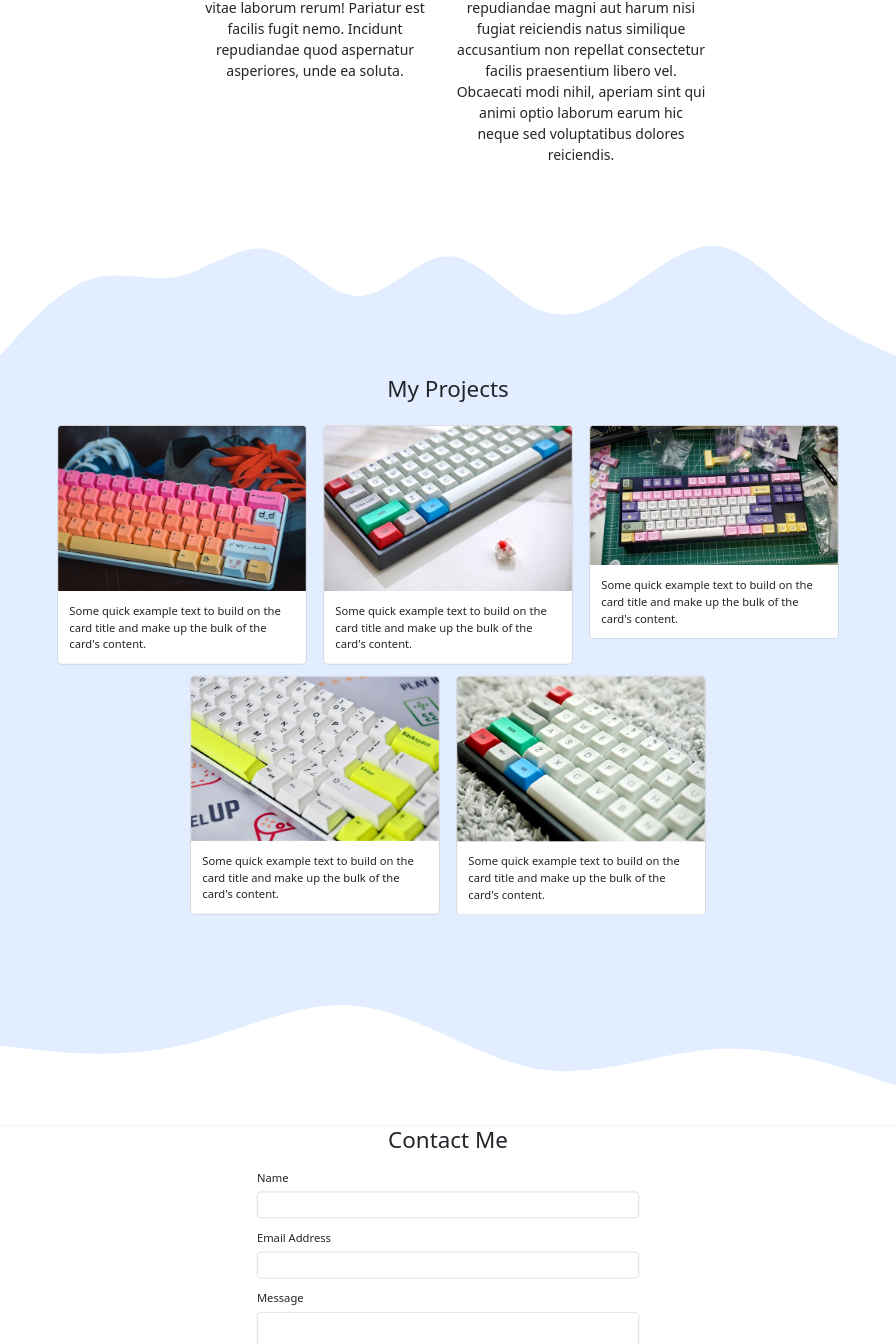
Repository: fadlyyy/fadli-dev.github.io
Page: index.html
An editor plug-in stored every save of this project. The page is shown before and after the next save, followed by the edit.
The browser window is 1280 px wide. The pictures show the part of the page from y = 945 to 2865 px (the page is 3332 px tall), at 70% of full size.

Above is the page before, as saved 2024-01-19 18:17:08.

### index.html
<!DOCTYPE html>
<html lang="en">
  <head>
    <meta charset="utf-8" />
    <meta name="viewport" content="width=device-width, initial-scale=1" />
    <title>Bootstrap demo</title>
    <link href="https://cdn.jsdelivr.net/npm/bootstrap@5.2.3/dist/css/bootstrap.min.css" rel="stylesheet" integrity="sha384-rbsA2VBKQhggwzxH7pPCaAqO46MgnOM80zW1RWuH61DGLwZJEdK2Kadq2F9CUG65" crossorigin="anonymous" />

    <!-- Bootstrap Icons -->
    <link rel="stylesheet" href="https://cdn.jsdelivr.net/npm/bootstrap-icons@1.11.3/font/bootstrap-icons.min.css" />

    <!-- My styles css -->
    <link rel="stylesheet" href="style.css" />
  </head>
  <body>
    <!-- Navbar -->
    <nav class="navbar navbar-expand-lg navbar-dark bg-primary shadow fixed-top">
      <div class="container">
        <a class="navbar-brand fs-3" href="#">Fadli Rifai</a>
        <button class="navbar-toggler" type="button" data-bs-toggle="collapse" data-bs-target="#navbarNav" aria-controls="navbarNav" aria-expanded="false" aria-label="Toggle navigation">
          <span class="navbar-toggler-icon"></span>
        </button>
        <div class="collapse navbar-collapse" id="navbarNav">
          <ul class="navbar-nav ms-auto">
            <li class="nav-item">
              <a class="nav-link active" aria-current="page" href="#">Home</a>
            </li>
            <li class="nav-item">
              <a class="nav-link" href="#">About</a>
            </li>
            <li class="nav-item">
              <a class="nav-link" href="#">Projects</a>
            </li>
            <li class="nav-item">
              <a class="nav-link" href="#">Contact</a>
            </li>
          </ul>
        </div>
      </div>
    </nav>
    <!-- Navbar End -->

    <!-- Jumbotron -->
    <section class="jumbotron text-center">
      <img class="rounded-circle img-thumbnail" src="img/images.jpeg" alt="" width="250" />
      <h1 class="display-4">Fadli Rifai</h1>
      <p class="lead">Fullstack Developer</p>
      <svg xmlns="http://www.w3.org/2000/svg" viewBox="0 0 1440 320">
        <path
          fill="#ffffff"
          fill-opacity="1"
          d="M0,160L24,176C48,192,96,224,144,245.3C192,267,240,277,288,261.3C336,245,384,203,432,181.3C480,160,528,160,576,170.7C624,181,672,203,720,213.3C768,224,816,224,864,218.7C912,213,960,203,1008,213.3C1056,224,1104,256,1152,261.3C1200,267,1248,245,1296,229.3C1344,213,1392,203,1416,197.3L1440,192L1440,320L1416,320C1392,320,1344,320,1296,320C1248,320,1200,320,1152,320C1104,320,1056,320,1008,320C960,320,912,320,864,320C816,320,768,320,720,320C672,320,624,320,576,320C528,320,480,320,432,320C384,320,336,320,288,320C240,320,192,320,144,320C96,320,48,320,24,320L0,320Z"
        ></path>
      </svg>
    </section>
    <!-- Jumbotron End -->

    <!-- About -->
    <section id="about">
      <div class="container">
        <div class="row text-center mb-4">
          <div class="col">
            <h2>About Me</h2>
          </div>
        </div>
        <div class="row justify-content-center fs-5 text-center">
          <div class="col-md-4">
            <p class="">
              Lorem, ipsum dolor sit amet consectetur adipisicing elit. Aliquid, et perspiciatis. Vero veritatis temporibus ipsa, tenetur natus dolores atque vitae laborum rerum! Pariatur est facilis fugit nemo. Incidunt repudiandae quod
              aspernatur asperiores, unde ea soluta.
            </p>
          </div>
          <div class="col-md-4">
            <p>
              Lorem ipsum dolor sit amet consectetur adipisicing elit. Perferendis rem quaerat, commodi laudantium quam sequi eos delectus, repudiandae magni aut harum nisi fugiat reiciendis natus similique accusantium non repellat
              consectetur facilis praesentium libero vel. Obcaecati modi nihil, aperiam sint qui animi optio laborum earum hic neque sed voluptatibus dolores reiciendis.
            </p>
          </div>
        </div>
      </div>
      <svg xmlns="http://www.w3.org/2000/svg" viewBox="0 0 1440 320">
        <path
          fill="#e2edff"
          fill-opacity="1"
          d="M0,288L24,261.3C48,235,96,181,144,165.3C192,149,240,171,288,160C336,149,384,107,432,117.3C480,128,528,192,576,192C624,192,672,128,720,128C768,128,816,192,864,213.3C912,235,960,213,1008,181.3C1056,149,1104,107,1152,112C1200,117,1248,171,1296,208C1344,245,1392,267,1416,277.3L1440,288L1440,320L1416,320C1392,320,1344,320,1296,320C1248,320,1200,320,1152,320C1104,320,1056,320,1008,320C960,320,912,320,864,320C816,320,768,320,720,320C672,320,624,320,576,320C528,320,480,320,432,320C384,320,336,320,288,320C240,320,192,320,144,320C96,320,48,320,24,320L0,320Z"
        ></path>
      </svg>
    </section>
    <!-- About End -->

    <!-- Section Projects -->
    <section id="projects">
      <div class="container">
        <div class="row mb-4">
          <div class="col text-center">
            <h2>My Projects</h2>
          </div>
        </div>
        <div class="row justify-content-center">
          <div class="col-md-4 mb-3 child">
            <div class="card">
              <img src="img/projects/Projects1.jpg" class="card-img-top" alt="..." />
              <div class="card-body">
                <p class="card-text">Some quick example text to build on the card title and make up the bulk of the card's content.</p>
              </div>
            </div>
          </div>
          <div class="col-md-4 mb-3 child">
            <div class="card">
              <img src="img/projects/Projects2.jpg" class="card-img-top" alt="..." />
              <div class="card-body">
                <p class="card-text">Some quick example text to build on the card title and make up the bulk of the card's content.</p>
              </div>
            </div>
          </div>
          <div class="col-md-4 mb-3 child">
            <div class="card">
              <img src="img/projects/Projects3.jpg" class="card-img-top" alt="..." />
              <div class="card-body">
                <p class="card-text">Some quick example text to build on the card title and make up the bulk of the card's content.</p>
              </div>
            </div>
          </div>
          <div class="col-md-4 mb-3 child">
            <div class="card">
              <img src="img/projects/Projects4.jpg" class="card-img-top" alt="..." />
              <div class="card-body">
                <p class="card-text">Some quick example text to build on the card title and make up the bulk of the card's content.</p>
              </div>
            </div>
          </div>
          <div class="col-md-4 mb-3 child">
            <div class="card">
              <img src="img/projects/Projects5.jpg" class="card-img-top" alt="..." />
              <div class="card-body">
                <p class="card-text">Some quick example text to build on the card title and make up the bulk of the card's content.</p>
              </div>
            </div>
          </div>
        </div>
      </div>
      <svg xmlns="http://www.w3.org/2000/svg" viewBox="0 0 1440 320">
        <path
          fill="#fff"
          fill-opacity="1"
          d="M0,192L48,197.3C96,203,192,213,288,192C384,171,480,117,576,128C672,139,768,213,864,229.3C960,245,1056,203,1152,197.3C1248,192,1344,224,1392,240L1440,256L1440,320L1392,320C1344,320,1248,320,1152,320C1056,320,960,320,864,320C768,320,672,320,576,320C480,320,384,320,288,320C192,320,96,320,48,320L0,320Z"
        ></path>
      </svg>
    </section>
    <!-- End Section Projects -->

    <!-- Contact -->
    <section id="contact">
      <div class="container">
        <div class="row text-center mb-3">
          <div class="col">
            <h2>Contact Me</h2>
          </div>
        </div>
        <div class="row justify-content-center">
          <div class="col-md-6">
            <form>
              <div class="mb-3">
                <label for="name" class="form-label">Name</label>
                <input type="text" class="form-control" id="name" aria-describedby="name" />
              </div>
              <div class="mb-3">
                <label for="email" class="form-label">Email Address</label>
                <input type="email" class="form-control" id="email" aria-describedby="email" />
              </div>
              <div class="mb-3">
                <label for="message" class="form-label">Message</label>
                <textarea class="form-control" id="message" rows="3"></textarea>
              </div>
              <button type="submit" class="btn btn-primary">Send Message</button>
            </form>
          </div>
        </div>
      </div>
      <svg xmlns="http://www.w3.org/2000/svg" viewBox="0 0 1440 320">
        <path
          fill="#0d6efd"
          fill-opacity="1"
          d="M0,96L30,117.3C60,139,120,181,180,218.7C240,256,300,288,360,288C420,288,480,256,540,240C600,224,660,224,720,229.3C780,235,840,245,900,224C960,203,1020,149,1080,144C1140,139,1200,181,1260,176C1320,171,1380,117,1410,90.7L1440,64L1440,320L1410,320C1380,320,1320,320,1260,320C1200,320,1140,320,1080,320C1020,320,960,320,900,320C840,320,780,320,720,320C660,320,600,320,540,320C480,320,420,320,360,320C300,320,240,320,180,320C120,320,60,320,30,320L0,320Z"
        ></path>
      </svg>
    </section>
    <!-- End Contact -->

    <!-- Footer -->
    <footer class="bg-primary text-center pb-5">
      <p class="text-white">Created with <i class="bi bi-heart-pulse-fill text-danger"></i> by <a href="#" class="fw-bold text-white fst-italic">Fadli Rifai</a></p>
    </footer>
    <!-- Footer End -->

    <script src="https://cdn.jsdelivr.net/npm/bootstrap@5.2.3/dist/js/bootstrap.bundle.min.js" integrity="sha384-kenU1KFdBIe4zVF0s0G1M5b4hcpxyD9F7jL+jjXkk+Q2h455rYXK/7HAuoJl+0I4" crossorigin="anonymous"></script>
  </body>
</html>

### style.css
.jumbotron {
  padding-top: 6rem;
  background-color: #e2edff;
}

#projects {
  background-color: #e2edff;
}

#projects .child {
  transition: all 0.2s ease-in-out;
}

#projects .child:hover {
  scale: 1.04;
}

.gelombang {
  position: relative;
  margin-bottom: -50px;
}

.gelombang .gelombang2 {
  margin-top: -300px;
  /* position: absolute; */
  /* top: -300px; */
  /* z-index: -10; */
}

After the next save:
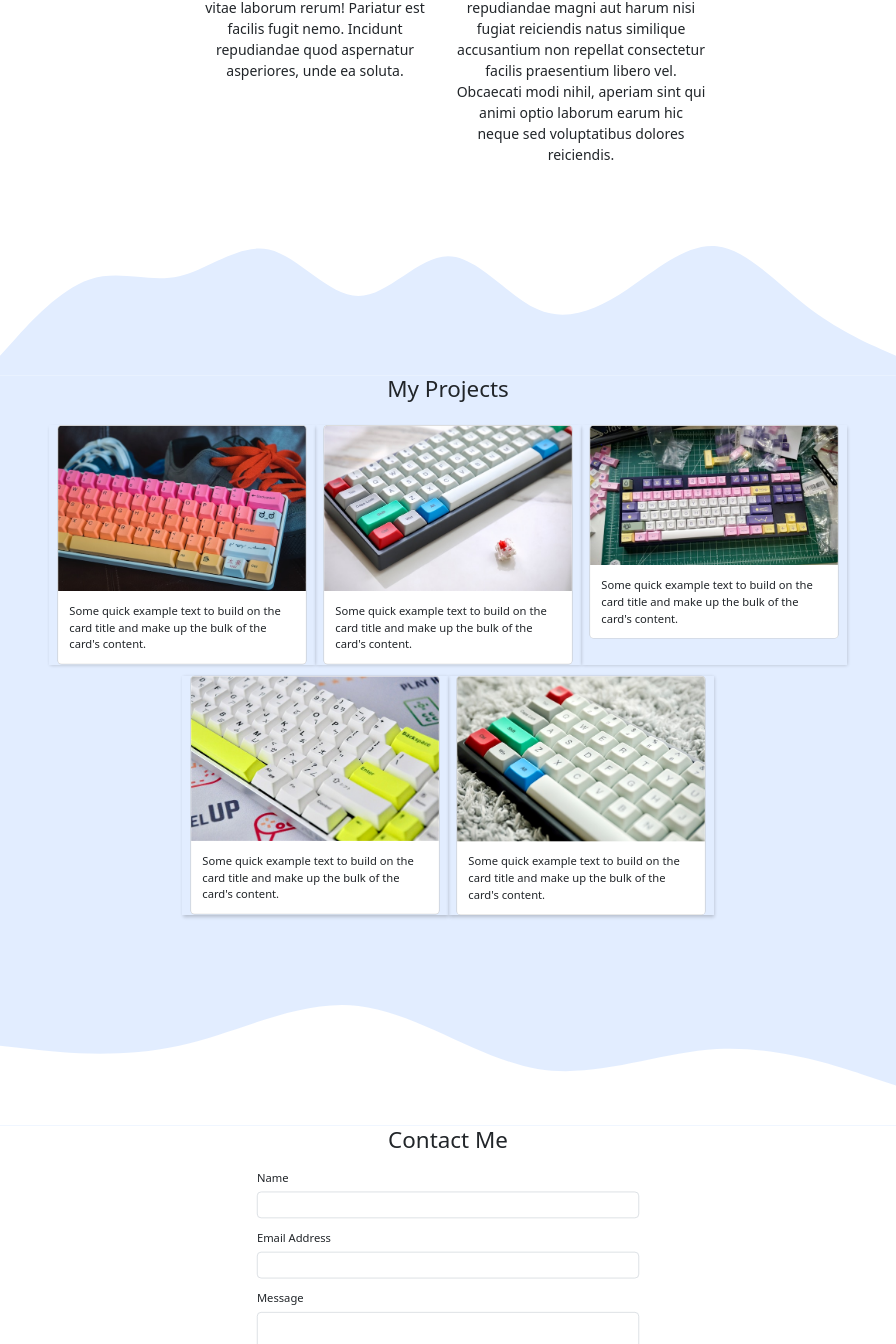
Saved 35 s later.
--- a/style.css
+++ b/style.css
@@ -9,6 +9,7 @@
 
 #projects .child {
   transition: all 0.2s ease-in-out;
+  box-shadow: 2px 2px 5px rgba(0, 0, 0, 0.2);
 }
 
 #projects .child:hover {
